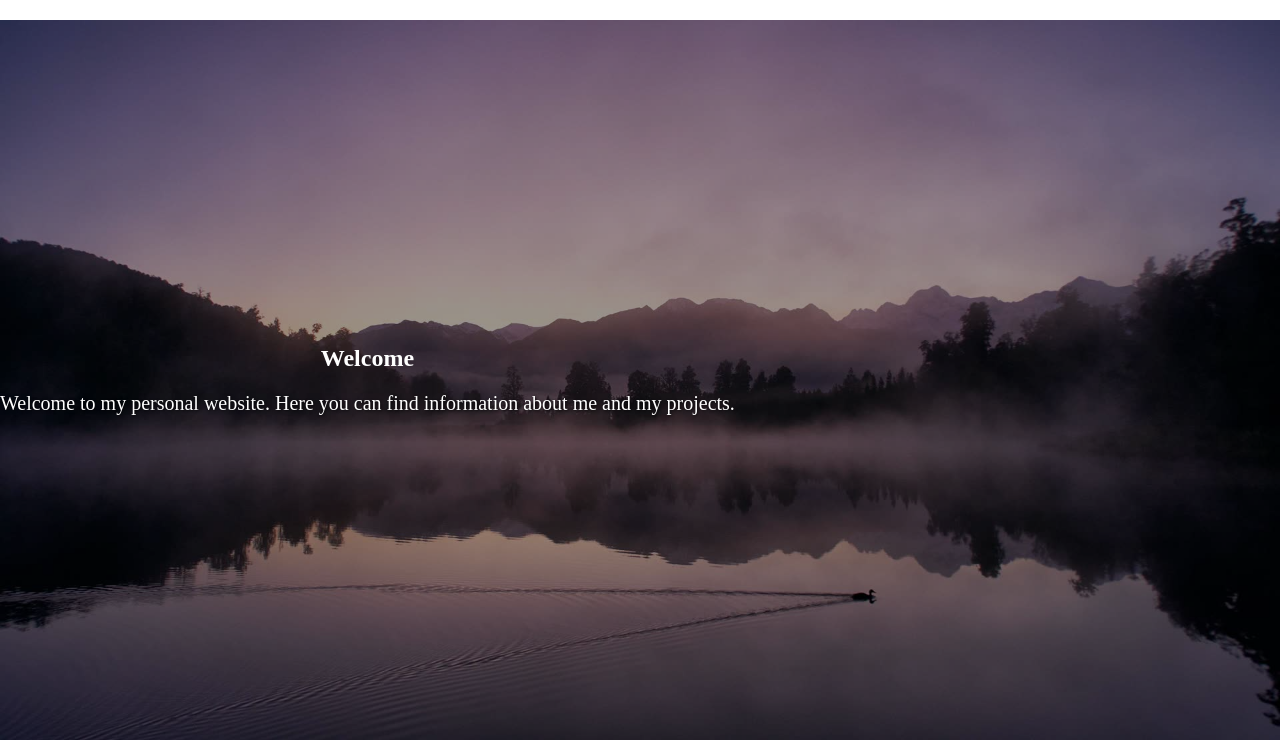
Repository: cydxf/cydxf.github.io
Page: index.html
The author's editor kept a copy of each file at every save. The page is drawn from the files as they stood at one save, then again after the next save.
The browser window is 1280 px wide. The pictures show the whole page.

Above is the page before, as saved 2024-08-02 01:47:26.

### index.html
<!DOCTYPE html>
<html lang="en">
<head>
    <meta charset="UTF-8">
    <meta name="viewport" content="width=device-width, initial-scale=1.0">
    <title>My Personal Website</title>
    <link rel="stylesheet" href="css/styles.css">
</head>
<body>
    <main>
        <section id="home" class="hero">
            <div class="hero-content">
                <h2>Welcome</h2>
                <p>Welcome to my personal website. Here you can find information about me and my projects.</p>
            </div>
        </section>
        <section id="about">
            <h2>About Me</h2>
            <p>This is the about section where you can find more information about me.</p>
        </section>
        <section id="projects">
            <h2>Projects</h2>
            <p>Here are some of my recent projects.</p>
            <ul>
                <li>Project 1</li>
                <li>Project 2</li>
                <li>Project 3</li>
            </ul>
        </section>
        <section id="contact">
            <h2>Contact</h2>
            <p>If you want to get in touch, please contact me via email.</p>
        </section>
    </main>
    <footer>
        <p>&copy; 2024 Huang Jiaxi</p>
    </footer>
    <script src="js/script.js"></script>
    </head>
</body>
</html>

### css/styles.css
body, html {
    margin: 0;
    padding: 0;
    height: 100%;
    width: 100%;
}

.hero {
    position: absolute;
    width: 100%;
    height: 100vh; /* Viewport height */
    left: 0;
    top: 0;
    background-image: url('../resource/image/1.png'); /* 首页大图  */
    background-size: cover;
    background-position: center;
    background-repeat: no-repeat;
    color: #fff;
    display: flex;
    justify-content: left;
    align-items: center;
    text-align: center;
    color: #fff;
}

.hero:before{
    content: '';
    position: absolute;
    top: 0;
    left: 0;
    width: 100%;
    height: 100%;
    background: rgba(0, 0, 0, 0.4);
    z-index: 1;
}

.hero-content {
    position: relative;
    z-index: 2;
}

.hero h1 {
    font-size: 3rem; /* 适当调整标题字体大小 */
    margin: 0;
    padding: 0;
    text-shadow: 2px 2px 4px rgba(0, 0, 0, 0.7); /* 添加文本阴影使其更清晰 */
}

.hero p {
    font-size: 1.25rem; /* 适当调整副标题字体大小 */
    margin-top: 0.5rem;
    text-shadow: 1px 1px 3px rgba(0, 0, 0, 0.7); /* 添加文本阴影使其更清晰 */
}

main {
    padding: 20px;
}

section {
    margin: 20px 0;
}

footer {
    background: #333;
    color: #fff;
    text-align: center;
    padding: 10px;
}

footer p {
    margin: 0;
}

### js/script.js
document.addEventListener("DOMContentLoaded", function() {
    const links = document.querySelectorAll("nav ul li a");

    links.forEach(link => {
        link.addEventListener("click", function(event) {
            event.preventDefault();
            const targetId = this.getAttribute("href").substring(1);
            const targetSection = document.getElementById(targetId);
            window.scrollTo({
                top: targetSection.offsetTop,
                behavior: "smooth"
            });
        });
    });
});

After the next save:
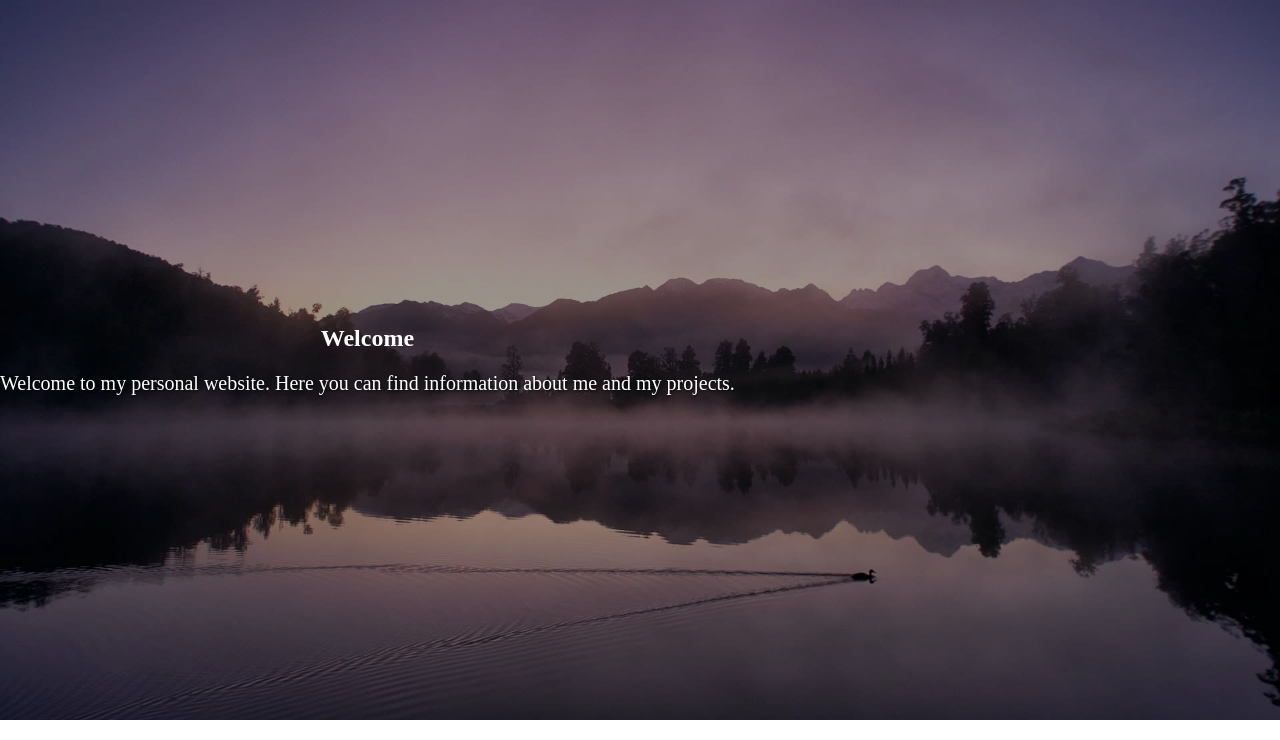
Saved 13 s later.
--- a/css/styles.css
+++ b/css/styles.css
@@ -51,22 +51,3 @@ body, html {
     margin-top: 0.5rem;
     text-shadow: 1px 1px 3px rgba(0, 0, 0, 0.7); /* 添加文本阴影使其更清晰 */
 }
-
-main {
-    padding: 20px;
-}
-
-section {
-    margin: 20px 0;
-}
-
-footer {
-    background: #333;
-    color: #fff;
-    text-align: center;
-    padding: 10px;
-}
-
-footer p {
-    margin: 0;
-}

After the save that followed:
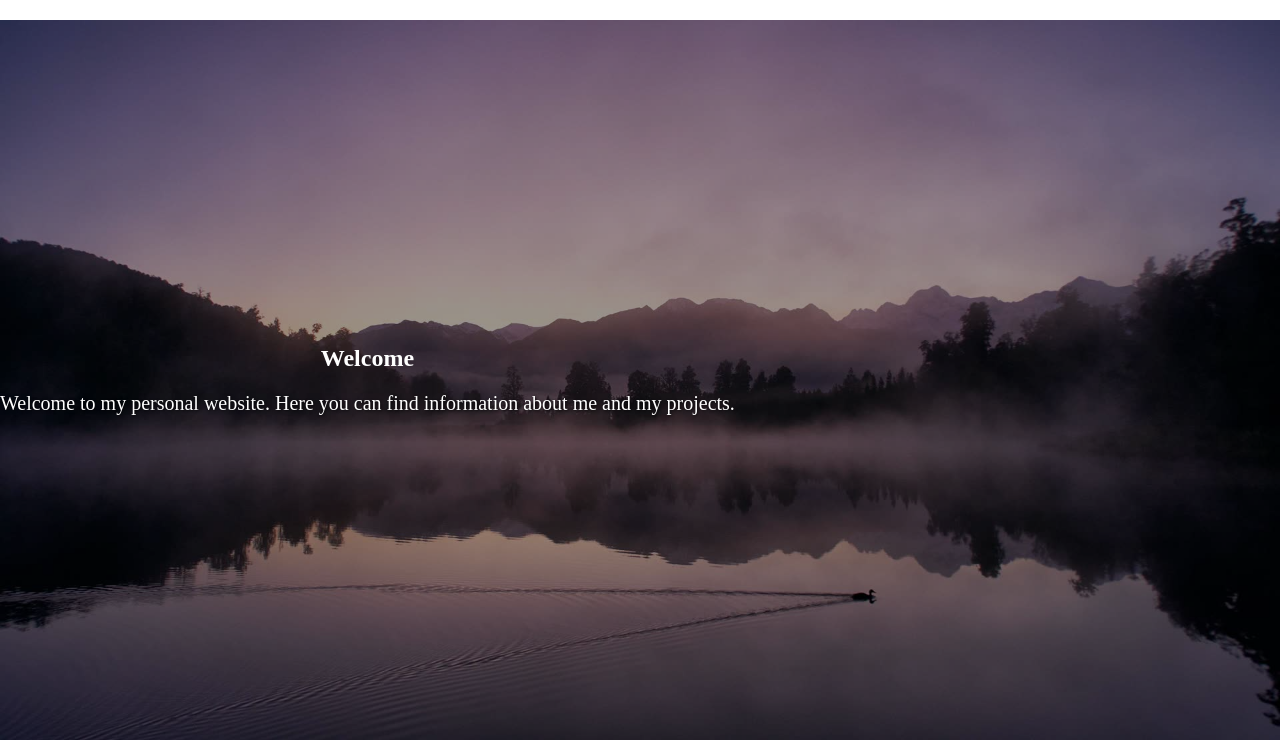
Saved 13 s later.
--- a/css/styles.css
+++ b/css/styles.css
@@ -51,3 +51,20 @@ body, html {
     margin-top: 0.5rem;
     text-shadow: 1px 1px 3px rgba(0, 0, 0, 0.7); /* 添加文本阴影使其更清晰 */
 }
+
+
+
+section {
+    margin: 20px 0;
+}
+
+footer {
+    background: #333;
+    color: #fff;
+    text-align: center;
+    padding: 10px;
+}
+
+footer p {
+    margin: 0;
+}
